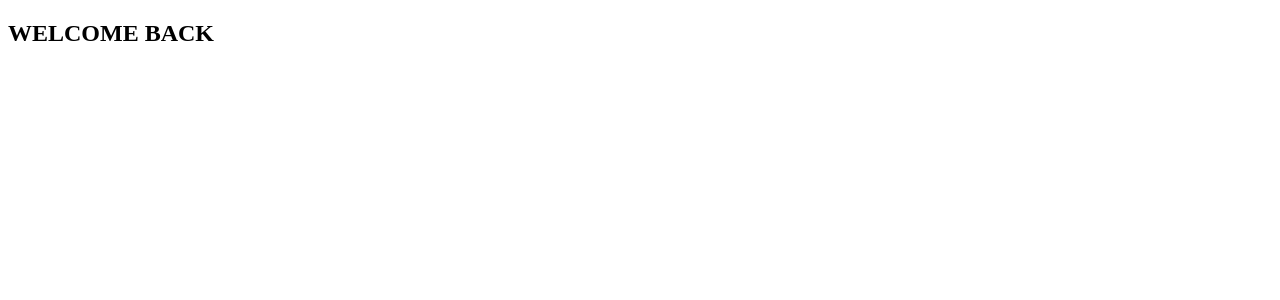
Repository: hiba2337/Fromix
Page: login.html
An editor plug-in stored every save of this project. The page is shown before and after the next save, followed by the edit.
The browser window is 1280 px wide. The pictures show the whole page.

Above is the page before, as saved 2025-10-25 13:35:23.

### login.html
<!DOCTYPE html>
<html lang="fr">
<head>
    <meta charset="UTF-8">
    <meta name="viewport" content="width=device-width, initial-scale=1.0">
    <title> Formix / Log in</title>
</head>
<body>
 <div class="log-in">
    <div class="form">
<div class="text">
    <h2>
WELCOME BACK
    </h2>
    <p></p>
   <form action="">

   </form>

</div>
    </div>
    <div class="img">

    </div>
 </div>
</body>
</html>

After the next save:
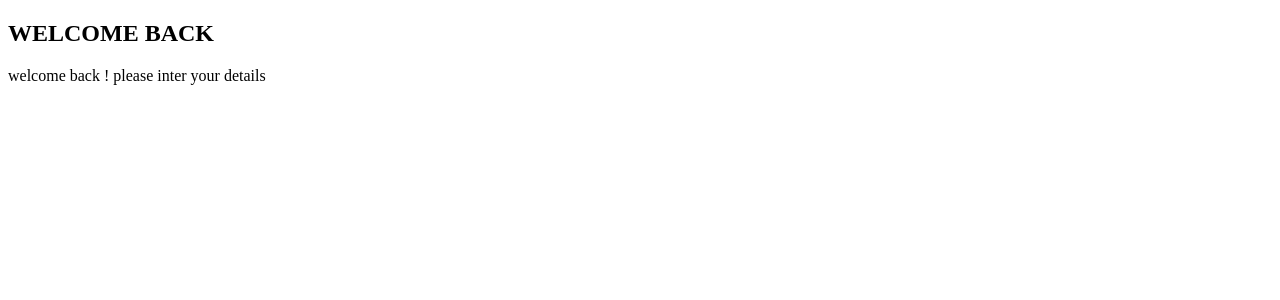
Saved 11 s later.
--- a/login.html
+++ b/login.html
@@ -12,7 +12,7 @@
     <h2>
 WELCOME BACK
     </h2>
-    <p></p>
+    <p>welcome back ! please inter your details</p>
    <form action="">
 
    </form>
